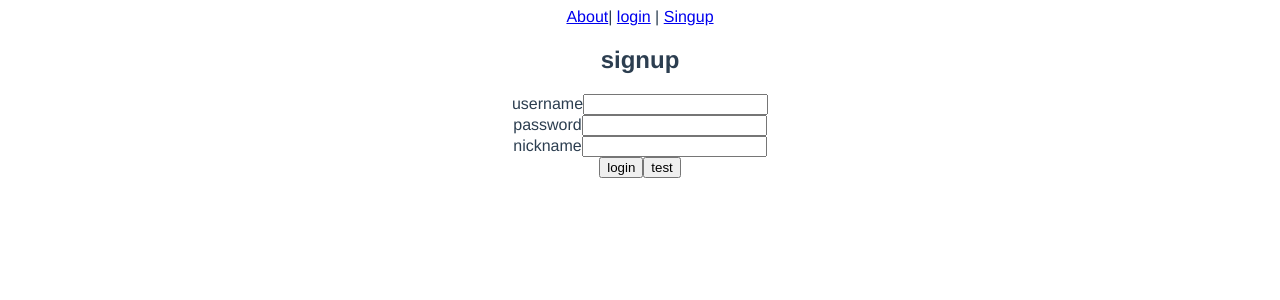
Repository: HeeJeong0718/captin
Page: /signup
An editor plug-in stored every save of this project. The page is shown before and after the next save, followed by the edit.
The browser window is 1280 px wide. The pictures show the whole page.
The project was rebuilt for these pictures with package versions that can differ from the ones it lists, and the page was loaded fresh each time. Also part of the build but not shown: vue.config.js.

Above is the page before, as saved 2022-04-23 15:07:22.

### src/main.js
import Vue from 'vue'
import App from './App.vue'
import './registerServiceWorker'
import router from './router'
import store from './store'
import axios from 'axios'

Vue.config.productionTip = false
Vue.prototype.$http = axios
new Vue({
  router,
  store,
  render: h => h(App)
}).$mount('#app')

### src/App.vue
<template>
  <div id="app">
    <AppHeader/>
    <router-view/>
  </div>
</template>
<script>
import AppHeader from '@/components/AppHeader.vue';
export default {
  components:{
    AppHeader
  }
}

</script>
<style>
#app {
  font-family: Avenir, Helvetica, Arial, sans-serif;
  -webkit-font-smoothing: antialiased;
  -moz-osx-font-smoothing: grayscale;
  text-align: center;
  color: #2c3e50;
}

nav {
  padding: 30px;
}

nav a {
  font-weight: bold;
  color: #2c3e50;
}

nav a.router-link-exact-active {
  color: #42b983;
}
</style>

### src/router/index.js
import Vue from 'vue'
import VueRouter from 'vue-router'
//import HomeView from '../views/HomeView.vue'

Vue.use(VueRouter)

const routes = [

  {
    path: '/about',
    name: 'about',
    // route level code-splitting
    // this generates a separate chunk (about.[hash].js) for this route
    // which is lazy-loaded when the route is visited.
    component: () => import(/* webpackChunkName: "about" */ '../views/AboutView.vue')
  },
  {
    path: '/',
    name: 'login',
    // route level code-splitting
    // this generates a separate chunk (about.[hash].js) for this route
    // which is lazy-loaded when the route is visited.
    component: () => import(/* webpackChunkName: "about" */ '../views/LoginPage.vue')
  },
  {
    path: '/signup',
    name: 'signup',
    // route level code-splitting
    // this generates a separate chunk (about.[hash].js) for this route
    // which is lazy-loaded when the route is visited.
    component: () => import(/* webpackChunkName: "about" */ '../views/Signup.vue')
  },
  {
    path: '*',
    // route level code-splitting
    // this generates a separate chunk (about.[hash].js) for this route
    // which is lazy-loaded when the route is visited.
    component: () => import(/* webpackChunkName: "about" */ '../views/NotFoundPage.vue')
  }
]

const router = new VueRouter({
  mode: 'history',
  base: process.env.BASE_URL,
  routes
})

export default router

### src/components/AppHeader.vue
<template>
  <header>

      <router-link to="/about">About</router-link>|
      <router-link to="/">login</router-link> |
      <router-link to="/signup">Singup</router-link>
    </header>
</template>

<script>
export default {

}
</script>

<style>

</style>

### src/views/Signup.vue
<template>
  <div>
      <h2>signup</h2>
      <SignForm/>
  </div>
</template>

<script>
import SignForm from '@/components/SignForm.vue';
export default {
  components:{
      SignForm
  }
}
</script>

<style>

</style>

### src/components/SignForm.vue
<template>
  <form @submit.prevent="submitform"> <!--form태그에 submit이벤트가 위로 올라면서 이벤트가 실행된다  prevent 로 페이지가 다시 실행되는걸막는다-->
    <div>
      <label for="username">username</label>
      <input type="text" name="" id="username" v-model="username">
    </div>
    <div>
      <label for="password">password</label>
      <input type="text" name="" id="password" v-model="password">
    </div>
    <div>
      <label for="nickname">nickname</label>
      <input type="text" name="" id="nickname" v-model="nickname">
    </div>
    <button type="submit">login</button>
      <button v-on:click="test">test</button>


  </form>

</template>

<script>
import { RegisterUser } from '@/api/axios';
export default {
  data(){
    return{  //inputbox 에 연결하기위해서 data생성 v-model로 연결해준다
      username:"",
      password:"",
      nickname:"",
    }
  },
  methods:{
    submitform(){
      RegisterUser();
       /*this.$http.post('http://localhost:3000/api/post/demo',{ username : this.username , password : this.password ,nickname :  this.nickname}, { //파라미터릂 여기에 줘야함 ->스프링 컨트롤러에 있는 vo랑똑같은이름써저야한다!!!
            method : 'POST',
            body : JSON.stringify({

            }),
           headers : {
         'Content-Type' : 'application/json',
         'Accept' :

           }
        }).then(response => {
         console.log("rs1" + JSON.stringify(response));
        })*/

    },
   /*test:function(){
      alert("폼 제출!!");
      this.$http.post('http://localhost:3000/api/post/demo',{})
        .then(function a(response) {
          console.log(response)
        })
        .catch(function (error) {
          console.log(error);
        });
    }, */
    test:function(){
       this.$http.post('http://localhost:3000/api/post/demo',{ username : this.username , password : this.password ,nickname :  this.nickname}, { //파라미터릂 여기에 줘야함 ->스프링 컨트롤러에 있는 vo랑똑같은이름써저야한다!!!
            method : 'POST',
            body : JSON.stringify({

            }),
           headers : {
         'Content-Type' : 'application/json',
         'Accept' : '*/*',

           }
        }).then(response => {
         console.log("rs1" + JSON.stringify(response));
        })
    }


  }

}
</script>

<style>

</style>

### src/api/axios.js
//api 호출 함수 모듈화

//1.회원가입api 호출 함수
function RegisterUser(){
    const url = 'http://localhost:3000/api/post/demo'
    return this.$http.post(url);
}

export {RegisterUser};

Loaded but not shown: public/index.html (common file); src/registerServiceWorker.js (common file); src/store/index.js (common file)

After the next save:
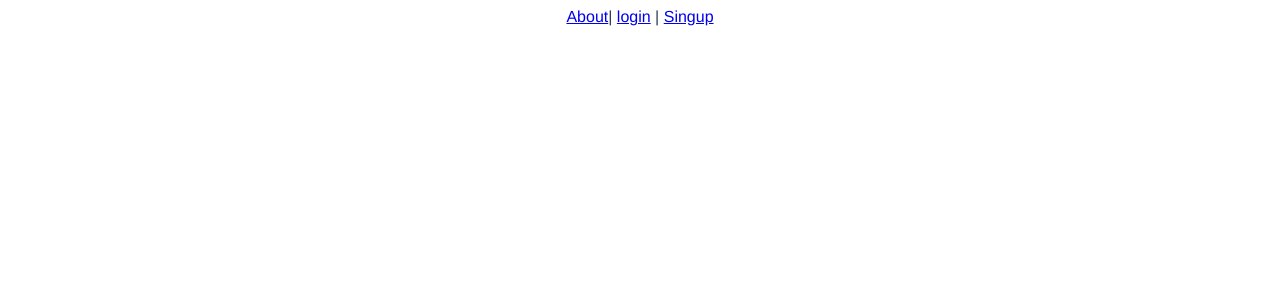
Saved 97 s later.
--- a/src/api/axios.js
+++ b/src/api/axios.js
@@ -1,5 +1,6 @@
 //api 호출 함수 모듈화
-
+import axios from 'axios'
+Vue.prototype.$http = axios
 //1.회원가입api 호출 함수
 function RegisterUser(){
     const url = 'http://localhost:3000/api/post/demo'

After the save that followed:
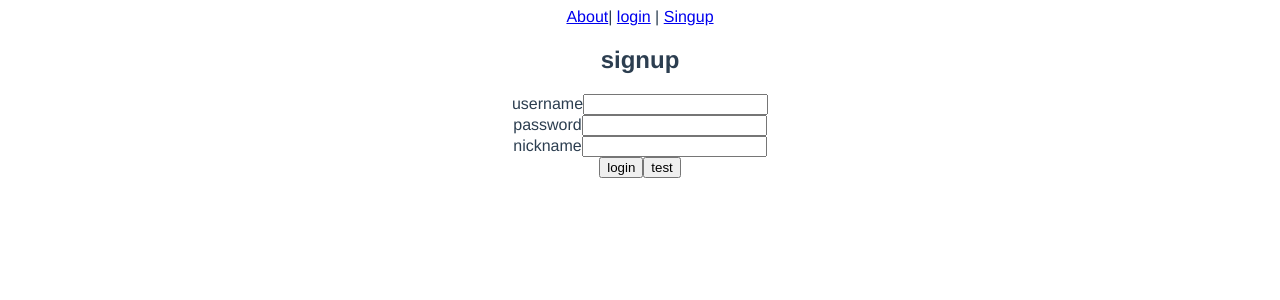
Saved 42 s later.
--- a/src/api/axios.js
+++ b/src/api/axios.js
@@ -1,10 +1,10 @@
 //api 호출 함수 모듈화
 import axios from 'axios'
-Vue.prototype.$http = axios
+
 //1.회원가입api 호출 함수
 function RegisterUser(){
     const url = 'http://localhost:3000/api/post/demo'
-    return this.$http.post(url);
+    return axios.post(url);
 }
 
 export {RegisterUser};
